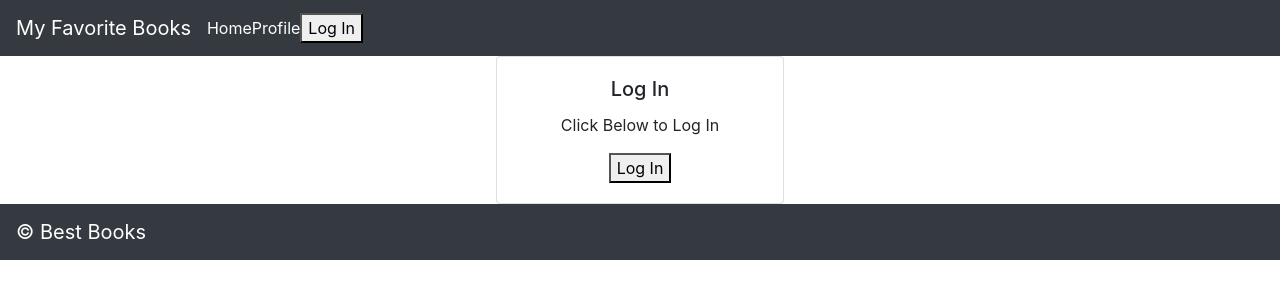
Repository: Razan-am/can-of-books-frontend
Page: /
An editor plug-in stored every save of this project. The page is shown before and after the next save, followed by the edit.
The browser window is 1280 px wide. The pictures show the whole page.
The project was rebuilt for these pictures with package versions that can differ from the ones it lists, and the page was loaded fresh each time. Also part of the build but not shown: src/LogoutButton.js, src/BestBooks.css, src/BestBooks.js, src/Profile.js, src/BrowserRouter.js.

Above is the page before, as saved 2021-07-05 11:10:26.

### src/index.js
import React from "react";
import ReactDOM from "react-dom";
import App from "./App";
import { Auth0Provider } from "@auth0/auth0-react";

ReactDOM.render(
  <Auth0Provider
    domain={process.env.AUTH0_DOMAIN}
    clientId={process.env.CLIENT_ID}
    redirectUri={window.location.origin}
  >
    <App />
  </Auth0Provider>,
  document.getElementById("root")
);

### src/App.js
import React from 'react';
import Header from './Header';
import IsLoadingAndError from './IsLoadingAndError';
import Footer from './Footer';
import BestBooks from './BestBooks'
import { withAuth0 } from '@auth0/auth0-react';
import Login from './Login';
import BrowserRouter from './BrowserRouter';
import Profile from './Profile'


// import Profile from './Profile';
import {
  BrowserRouter as Router,
  Switch,
  Route,
} from "react-router-dom";

class App extends React.Component {

  render() {
    console.log('app', this.props);
    return (
      <>
        <Router>
          <IsLoadingAndError>
            <Header />
            <Switch>
              <Route exact path="/">
                {/* TODO: if the user is logged in, render the `BestBooks` component, if they are not, render the `Login` component */}
                {
                  this.props.auth0.isAuthenticated ?
                    <BestBooks />
                    :<Login/>
                }
              </Route>
              {/* TODO: add a route with a path of '/profile' that renders a `Profile` component */}
              <Route exact path='/profile'>
                    <Profile/>
                </Route>
              <BrowserRouter/>
            </Switch>
            <Footer />
          </IsLoadingAndError>
          {/* <Profile/> */}
        </Router>
      </>
    );
  }
}

export default withAuth0(App);

### src/Header.js
import React from 'react';
import 'bootstrap/dist/css/bootstrap.min.css';
import Navbar from 'react-bootstrap/Navbar';
import { Link } from "react-router-dom";
import './Header.css';
import LogoutButton from './LogoutButton';
import LoginButton from './LoginButton';
import { withAuth0 } from '@auth0/auth0-react';


class Header extends React.Component {
  render() {
    return (
      <Navbar collapseOnSelect expand="lg" bg="dark" variant="dark">
        <Navbar.Brand>My Favorite Books</Navbar.Brand>
        <Link to="/">Home</Link>
        <Link to="/profile">Profile</Link>
        {/* TODO: if the user is logged in, render the `LogoutButton` - if the user is logged out, render the `LoginButton` */}
        {
          this.props.auth0.isAuthenticated ?
            <LogoutButton />
            : <LoginButton />
        }
      </Navbar>
    );
  }
}

export default withAuth0(Header);

### src/Login.js
import React from 'react';
import 'bootstrap/dist/css/bootstrap.min.css';
import Card from 'react-bootstrap/Card';
import './Login.css';
import LoginButton from './LoginButton';

class Login extends React.Component {
  render() {
    return(
      <Card style={{ width: '18rem' }}>
        <Card.Body>
          <Card.Title>Log In</Card.Title>
          <Card.Text>
            Click Below to Log In
          </Card.Text>
          {/* TODO: add a `LoginButton` component here that will log the user in with Auth0 */}
          <LoginButton/>
        </Card.Body>
      </Card>
    )
  }
}

export default Login;

Loaded but not shown: public/index.html (common file); src/IsLoadingAndError.js (common file); src/Footer.js (common file); src/Header.css (common file); src/LoginButton.js (common file); src/Login.css (common file)

After the next save:
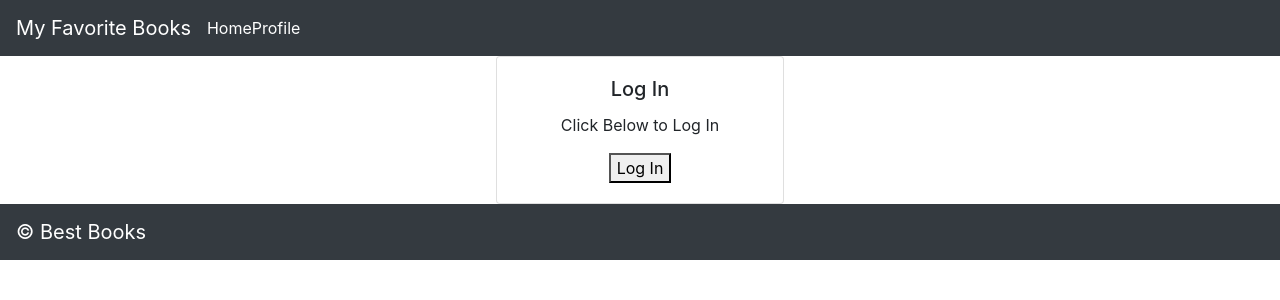
Saved 17 min 19 s later.
--- a/src/Header.js
+++ b/src/Header.js
@@ -17,9 +17,9 @@ class Header extends React.Component {
         <Link to="/profile">Profile</Link>
         {/* TODO: if the user is logged in, render the `LogoutButton` - if the user is logged out, render the `LoginButton` */}
         {
-          this.props.auth0.isAuthenticated ?
+          this.props.auth0.isAuthenticated &&
             <LogoutButton />
-            : <LoginButton />
+
         }
       </Navbar>
     );
